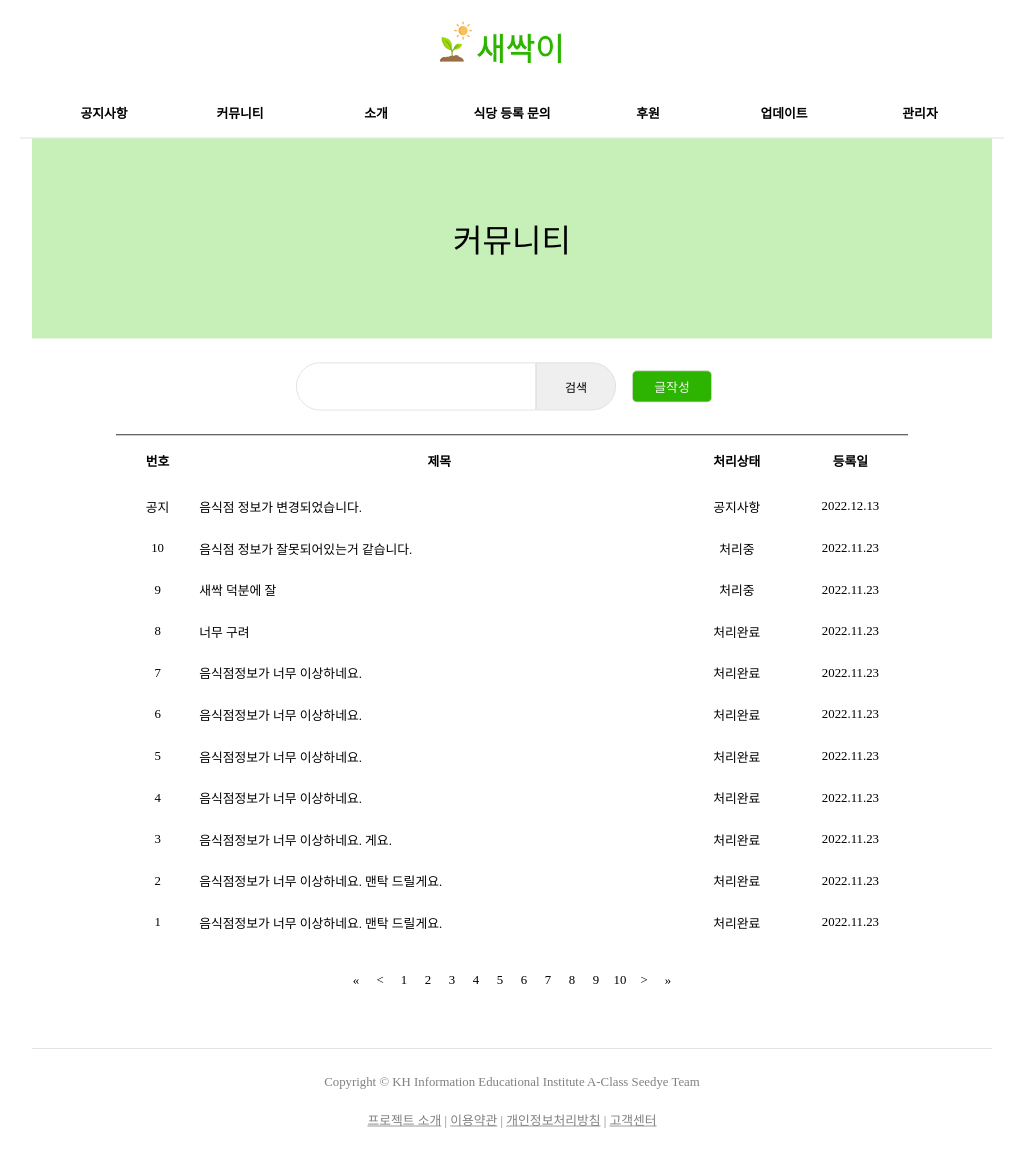
Repository: Seedye/Seedye
Page: team/src/main/webapp/html/board/board-list.html
The author's editor kept a copy of each file at every save. The page is drawn from the files as they stood at one save, then again after the next save.
The browser window is 1280 px wide. The pictures show the whole page, at 80% of full size.
Some web fonts or font styles are not loaded; a fallback is used.

Above is the page before, as saved 2022-12-14 16:42:11.

After the next save:
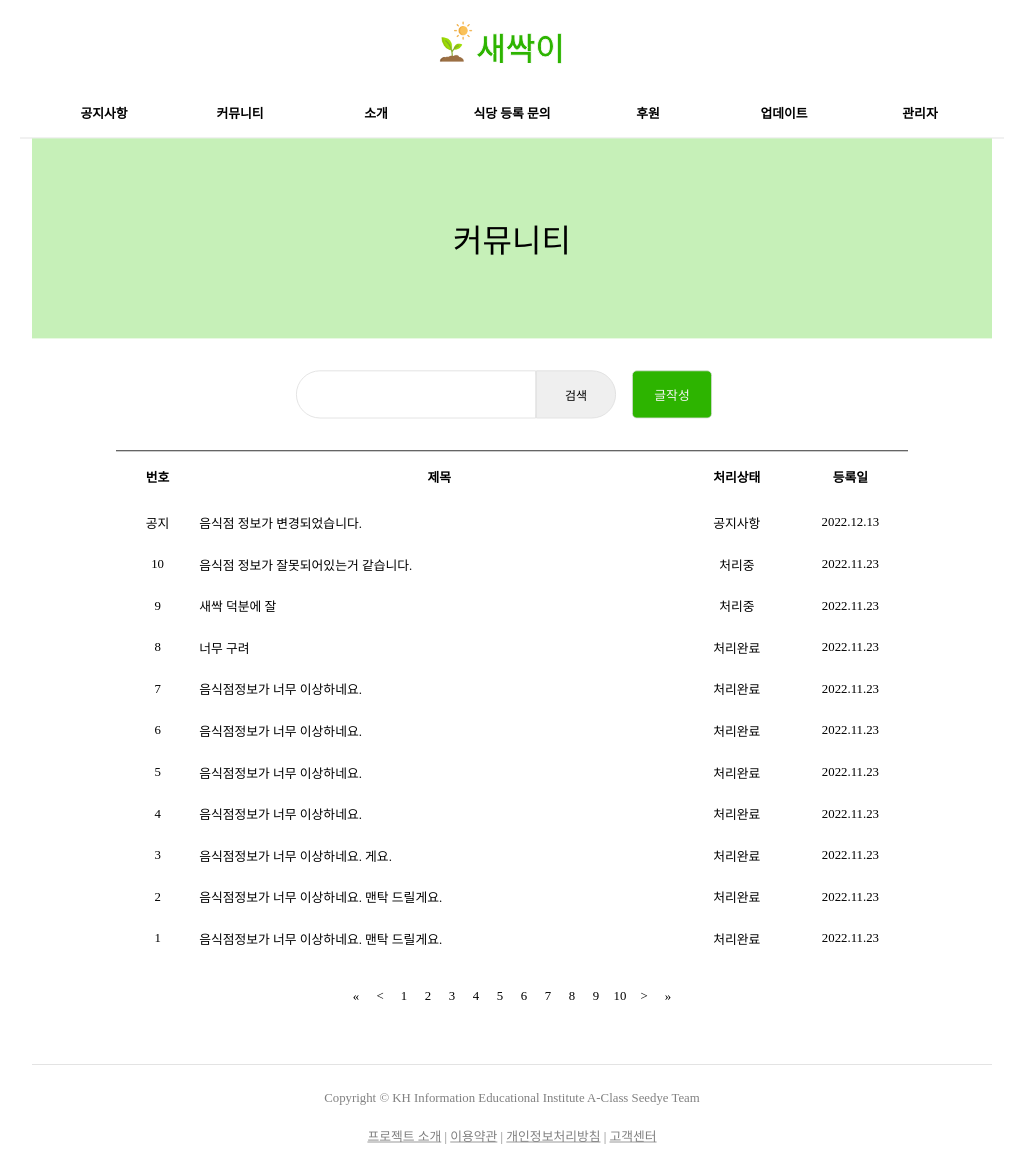
Saved 13 s later.
--- a/team/src/main/webapp/resources/css/boardList-style.css
+++ b/team/src/main/webapp/resources/css/boardList-style.css
@@ -53,7 +53,7 @@
 .board-write-btn{
   margin: 20px;
   width: 100px;
-  height: 40px;
+  height: 60px;
   display: flex;
   align-items: center;
   border-radius: 6px;
